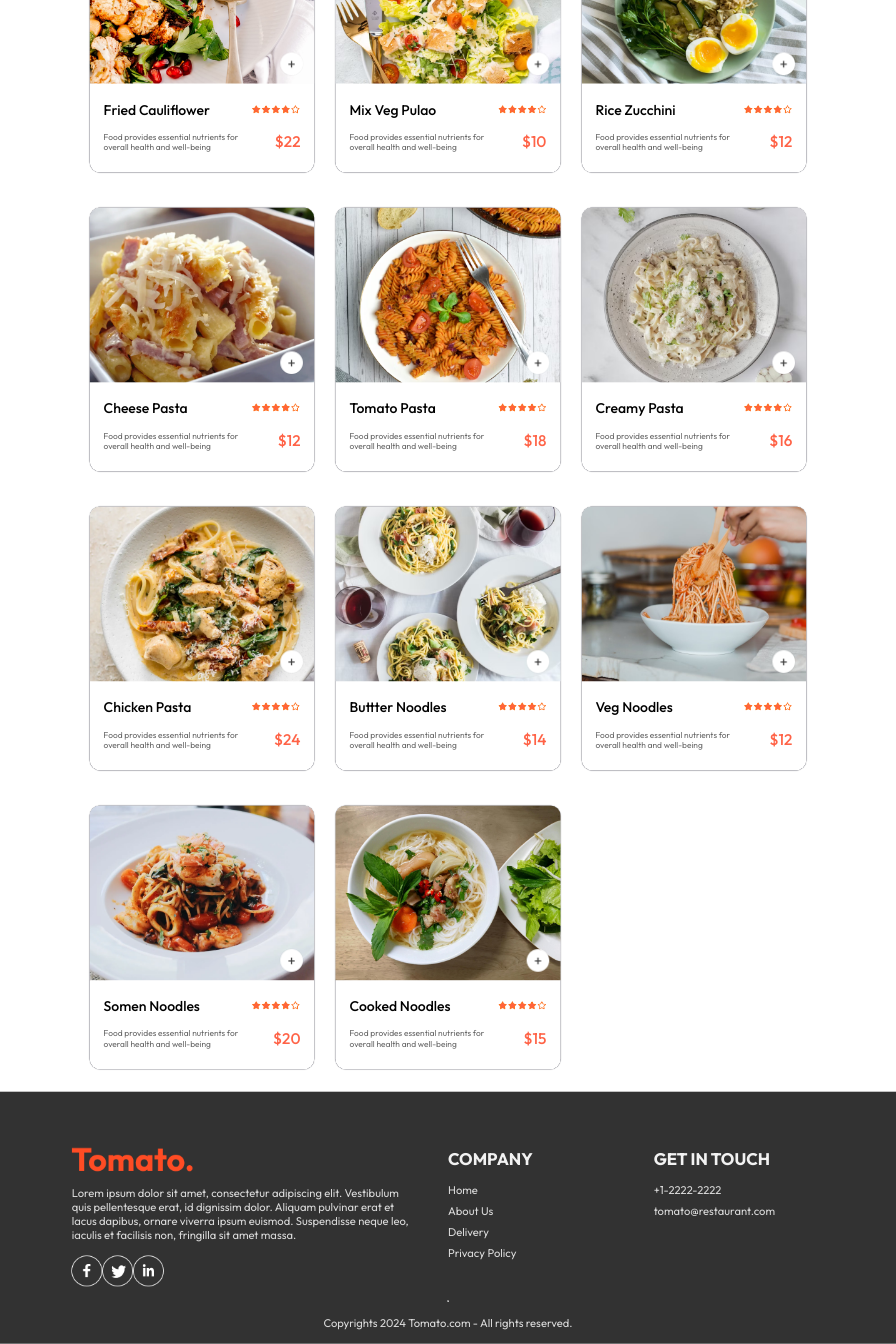
Repository: guilhermecardoso93/tomato-front-end
Page: /
An editor plug-in stored every save of this project. The page is shown before and after the next save, followed by the edit.
The browser window is 1280 px wide. The pictures show the part of the page from y = 4111 to 6031 px (the page is 6031 px tall), at 70% of full size.
The project was rebuilt for these pictures with package versions that can differ from the ones it lists, and the page was loaded fresh each time. Also part of the build but not shown: vite.config.js, src/pages/Cart/styles.css, src/pages/Cart/index.jsx, src/pages/PlaceOrder/styles.css, src/pages/PlaceOrder/index.jsx.

Above is the page before, as saved 2024-10-31 19:00:10.

### index.html
<!doctype html>
<html lang="en">

<head>
    <meta charset="UTF-8" />
    <link rel="icon" type="image/svg+xml" href="" />
    <link rel="preconnect" href="https://fonts.googleapis.com">
    <link rel="preconnect" href="https://fonts.gstatic.com" crossorigin>
    <link href="https://fonts.googleapis.com/css2?family=Inter:ital,opsz,wght@0,14..32,100..900;1,14..32,100..900&family=Outfit:wght@100..900&display=swap" rel="stylesheet">
    <meta name="viewport" content="width=device-width, initial-scale=1.0" />
    <title>Tomato</title>
</head>

<body>
    <div id="root"></div>
    <script type="module" src="/src/main.jsx"></script>
</body>

</html>

### src/main.jsx
import { StrictMode } from "react";
import { createRoot } from "react-dom/client";
import "./index.css";
import { App } from "./App.jsx";
import { BrowserRouter } from "react-router-dom";
import StoreContextProvider from "./context/StoreContext.jsx";

createRoot(document.getElementById("root")).render(
  <BrowserRouter>
    <StoreContextProvider>
      <App />
    </StoreContextProvider>
  </BrowserRouter>
);

### src/index.css
* {
  padding: 0;
  margin: 0;
  box-sizing: border-box;
}

body {
  min-height: 100vh;
  font-family: "Outfit", sans-serif;
}

a {
  text-decoration: none;
  color: inherit;
}

.app {
  width: 80%;
  margin: auto;
  margin-bottom: 2rem;
}

@keyframes fadeIn {
  0% {
    opacity: 0;
  }

  100% {
    opacity: 1;
  }
}

### src/App.jsx
import { Routes, Route } from "react-router-dom";
import { Navbar } from "./components/Navbar";

import { Home } from "./pages/Home";
import { Cart } from "./pages/Cart";
import { PlaceOrder } from "./pages/PlaceOrder";
import { Footer } from "./components/Footer";

export function App() {
  return (
    <>
      <div className="app">
        <Navbar />
        <Routes>
          <Route path="/" element={<Home />} />
          <Route path="/cart" element={<Cart />} />
          <Route path="/order" element={<PlaceOrder />} />
        </Routes>
      </div>
      <Footer />
    </>
  );
}

### src/context/StoreContext.jsx
import { createContext, useEffect, useState } from "react";
import { food_list } from "../assets/assets";

export const StoreContext = createContext(null);

const StoreContextProvider = (props) => {
  const [cartItems, setCartItems] = useState({});

  const addCart = (itemId) => {
    if (!cartItems[itemId]) {
      setCartItems((prev) => ({ ...prev, [itemId]: 1 }));
    } else {
      setCartItems((prev) => ({ ...prev, [itemId]: prev[itemId] + 1 }));
    }
  };

  const removeFromCart = (itemId) => {
    setCartItems((prev) => ({ ...prev, [itemId]: prev[itemId] - 1 }));
  };

  const contextValue = {
    food_list,
    cartItems,
    setCartItems,
    addCart,
    removeFromCart,
  };

  useEffect(() => {
    console.log(cartItems);
  }, [cartItems]);

  return (
    <StoreContext.Provider value={contextValue}>
      {props.children}
    </StoreContext.Provider>
  );
};

export default StoreContextProvider;

### src/components/Navbar/index.jsx
import { useState } from "react";
import { assets } from "../../assets/assets";
import "./styles.css";

export const Navbar = () => {
  const [menu, setMenu] = useState("Home");

  return (
    <div className="navbar">
      <img src={assets.logo} alt="Logo" className="logo" />
      <ul className="navbar-menu">
        <li
          onClick={() => setMenu("Home")}
          className={menu === "Home" ? "active" : ""}
        >
          Home
        </li>
        <li
          onClick={() => setMenu("Menu")}
          className={menu === "Menu" ? "active" : ""}
        >
          Menu
        </li>
        <li
          onClick={() => setMenu("MobileApp")}
          className={menu === "MobileApp" ? "active" : ""}
        >
          MobileApp
        </li>
        <li
          onClick={() => setMenu("Contact Us")}
          className={menu === "Contact Us" ? "active" : ""}
        >
          Contact Us
        </li>
      </ul>
      <div className="navbar-right">
        <img src={assets.search_icon} alt="" />
        <div className="navbar-search-icon">
          <img src={assets.basket_icon} alt="" />
          <div className="dot"></div>
        </div>
        <button>sign in</button>
      </div>
    </div>
  );
};

### src/pages/Home/index.jsx
import { useState } from "react";
import { ExplorerMenu } from "../../components/ExplorerMenu";
import { Header } from "../../components/Header";
import "./styles.css";
import { FoodDisplay } from "../../components/FoodDisplay/Index";

export const Home = () => {
  const [category, setCategory] = useState("All");

  return (
    <div>
      <Header />
      <ExplorerMenu category={category} setCategory={setCategory} />
      <FoodDisplay category={category} />
    </div>
  );
};

### src/components/Footer/index.jsx
import { assets } from "../../assets/assets";
import "./styles.css";

export const Footer = () => {
  return (
    <footer id="footer">
      <div className="footer-container">
        <div className="footer-left">
          <img src={assets.logo} alt="" />
          <p>
            Lorem ipsum dolor sit amet, consectetur adipiscing elit. Vestibulum
            quis pellentesque erat, id dignissim dolor. Aliquam pulvinar erat et
            lacus dapibus, ornare viverra ipsum euismod. Suspendisse neque leo,
            iaculis et facilisis non, fringilla sit amet massa.
          </p>
          <div className="footer-social-icons">
            <img src={assets.facebook_icon} alt="" />
            <img src={assets.twitter_icon} alt="" />
            <img src={assets.linkedin_icon} alt="" />
          </div>
        </div>
        <div className="footer-center">
          <h2>COMPANY</h2>
          <ul>
            <li>Home</li>
            <li>About Us</li>
            <li>Delivery</li>
            <li>Privacy Policy</li>
          </ul>
        </div>
        <div className="footer-right">
          <h2>GET IN TOUCH</h2>
          <ul>
            <li>+1-2222-2222</li>
            <li>tomato@restaurant.com</li>
          </ul>
        </div>
      </div>
      <hr />
      <p className="footer-copy-rights">
        Copyrights 2024 Tomato.com - All rights reserved.
      </p>
    </footer>
  );
};

### src/components/Navbar/styles.css
.navbar {
  padding: 20px 0;
  display: flex;
  justify-content: space-between;
  align-items: center;
}

.navbar .logo {
  width: 150px;
}

.navbar-menu {
  display: flex;
  list-style: none;
  gap: 10px;
  color: #49557c;
  font-size: 18px;
}

.navbar li {
  cursor: pointer
}

.navbar-right {
  display: flex;
  align-items: center;
  gap: 40px;
}

.navbar button {
  background: transparent;
  font-size: 16px;
  color: #49557c;
  border: 1px solid tomato;
  padding: 10px 30px;
  border-radius: 50px;
  cursor: pointer;
  transition: 0.3s;
}

.navbar button:hover {
  background: #fff4f2;
}

.navbar .active {
  padding-bottom: 2px;
  border-bottom: 2px solid #49557c;
}

.navbar-search-icon {
  position: relative;
}

.navbar-search-icon .dot {
  position: absolute;
  min-height: 10px;
  min-width: 10px;
  background-color: tomato;
  border-radius:  5px;
  top: -8px;
  right: -8px;
}

### src/components/ExplorerMenu/index.jsx
import { menu_list } from "../../assets/assets";

import "./styles.css";

export const ExplorerMenu = ({ category, setCategory }) => {
  return (
    <div className="explorer-menu" id="explore-menu">
      <h1>Explore our menu</h1>
      <p className="explore-menu-text">
        Choose from a diverse menu featuring a delectable arrays os dishes
        crafted with the finest ingredients and culinary expertise. Our mission
        is to satisfy your cravings and elevate your dining experience, one
        delicious meal at a time.
      </p>
      <div className="explore-menu-list">
        {menu_list.map((item, index) => {
          return (
            <div
              className="explore-menu-list-item"
              key={index}
              onClick={() =>
                setCategory((prev) =>
                  prev === item.menu_name ? "All" : item.menu_name
                )
              }
            >
              <img
                src={item.menu_image}
                alt=""
                className={category === item.menu_name ? "active" : ""}
              />
              <p className={category === item.menu_name ? "active-text" : ""}>
                {item.menu_name}
              </p>
            </div>
          );
        })}
      </div>
      <hr />
    </div>
  );
};

### src/components/Header/index.jsx
import "./styles.css";

export const Header = () => {
  return (
    <div className="header">
      <div className="header-container">
        <h2>Oder your favorite food here</h2>
        <p>
          Choose from a diverse menu featuring a delectable arrays os dishes
          crafted with the finest ingredients and culinary expertise. Our
          mission is to satisfy your cravings and elevate your dining
          experience, one delicious meal at a time.
        </p>
        <button> View Menu</button>
      </div>
    </div>
  );
};

### src/components/FoodDisplay/Index.jsx
import { useContext } from "react";
import { StoreContext } from "../../context/StoreContext";
import { FoodItem } from "../FoodItem";

import "./styles.css";

export const FoodDisplay = ({ category }) => {
  const { food_list } = useContext(StoreContext);

  return (
    <div className="food-display" id="food-display">
      <h2>Top Dishes near you</h2>
      <div className="food-display-list">
        {food_list.map((item, index) => {
          if (category === "All" || category === item.category) {
            return (
              <FoodItem
                key={index}
                id={item._id}
                name={item.name}
                description={item.description}
                price={item.price}
                image={item.image}
              />
            );
          }
        })}
      </div>
    </div>
  );
};

### src/components/Footer/styles.css
footer {
  color: #d9d9d9;
  background-color: #323232;
  display: flex;
  align-items: center;
  flex-direction: column;
  gap: 20px;
  padding: 20px 8vw;
  padding-top: 80px;
}

.footer-container {
  width: 100%;
  display: grid;
  grid-template-columns: 2fr 1fr 1fr;
  gap: 50px;
}

.footer-left, .footer-right, .footer-center {
  display: flex;
  flex-direction: column;
  align-items: start;
  gap: 20px;
}

footer li {
  list-style: none;
  margin-bottom: 10px;
}

footer h2 {
  color: #f2f2f2;
}

.footer-social-icons {
  display: flex;
  width: 40px;
  margin-right: 15px;
}

### src/components/ExplorerMenu/styles.css
.explorer-menu {
  display: flex;
  flex-direction: column;
  gap: 1rem;
}

.explorer-menu h1 {
  color: #262626;
  font-size: 500;
}

.explore-menu-text {
  max-width: 60%;
  color: #808080;
}

.explore-menu-list {
  display: flex;
  justify-content: space-between;
  align-items: center;
  gap: 30px;
  text-align: center;
  margin: 20px 0px;
  overflow-x: scroll;
}

.explore-menu-list::-webkit-scrollbar {
  display: none;
}

.explore-menu-list img {
  width: 7.5vw;
  min-width: 80px;
  cursor: pointer;
  border-radius: 50%;
  transition: 0.2s;
}

.explore-menu-list p {
  margin-top: 10px;
  color: #747474;
  font-size: max(1.4vw, 16px);
  cursor: pointer;
}

.explore-menu hr {
  margin: 10px 0px;
  height: 2px;
  background: #e2e2e2;
  border: none;
}

.explore-menu-list .active {
  border: 4px solid tomato;
  padding: 2px;
}

.explore-menu-list .active-text {
  color: tomato;
}

### src/components/Header/styles.css
.header {
  height: 34vw;
  margin: 30px auto;
  background: url('../../assets/header_img.png') no-repeat;
  background-size: contain;
  position: relative;
}



.header-container {
  position: absolute;
  display: flex;
  flex-direction: column;
  align-items: start;
  padding: 20px;
  gap: 1.5vw;
  max-width: 52%;
  bottom: 10%;
  animation: fadeIn 3s;
}


.header-container h2 {
  font-weight: 500;
  color: #f2f2f2f2;
  font-size: max(4.5vw, 22px);
}


.header-container p {
  color: #f2f2f2f2;
  font-size: 1vw;
}


.header-container button {
  border: none;
  color: #747474;
  font-weight: 700;
  padding: 1vw 2.3vw;
  background: white;
  font-size: max(1vw, 13px);
  border-radius: 50px;
}

### src/components/FoodItem/index.jsx
import { useContext } from "react";
import { assets } from "../../assets/assets";
import "./styles.css";
import { StoreContext } from "../../context/StoreContext";

export const FoodItem = ({ id, name, price, description, image }) => {
  const { removeFromCart, addCart, cartItems } = useContext(StoreContext);

  return (
    <div className="food-item" id={id}>
      <div className="food-item-image-container">
        <img src={image} alt={name} className="food-item-image" />
        {!cartItems[id] ? (
          <img
            src={assets.add_icon_white}
            alt="Adicionar ao carrinho"
            className="add"
            onClick={() => addCart(id)}
          />
        ) : (
          <div className="food-item-counter">
            <img
              src={assets.remove_icon_red}
              alt="Remover do carrinho"
              onClick={() => removeFromCart(id)}
            />
            <p>{cartItems[id]}</p>
            <img
              src={assets.add_icon_green}
              alt="Adicionar ao carrinho"
              onClick={() => addCart(id)}
            />
          </div>
        )}
      </div>
      <div className="food-item-info">
        <div className="food-item-name-rating">
          <p>{name}</p>
          <img src={assets.rating_starts} alt="Rating" />
        </div>
        <div className="food-item-prices">
          <p className="food-item-description">{description}</p>
          <p className="food-item-price">${price}</p>
        </div>
      </div>
    </div>
  );
};

### src/components/FoodDisplay/styles.css
.food-display {
  margin-top: 30px;
}

.food-display h2 {
  font-size: max(2vw, 24px);
  font-weight: 600;
}


.food-display-list {
  display: grid;
  grid-template-columns: repeat(auto-fill, minmax(240px, 1fr));
  margin-top: 30px;
  gap: 30px;
  row-gap: 50px;
}

### src/components/FoodItem/styles.css
.food-item {
  width: 100%;
  margin: auto;
  border-radius: 15px;
  box-shadow: 0px 0px 1px #000015;
  transition: 0.3s;
  animation: fadeIn 1s;
}

.food-item-image {
  width: 100%;
  border-radius: 15px 15px 0px 0px;
}

.food-item-image-container {
  position: relative;
}

.food-item-image-container .add {
  position: absolute;
  width: 35px;
  bottom: 15px;
  right: 15px;
  cursor: pointer;
  border-radius: 50%;
}

.food-item-counter {
  position: absolute;
  bottom: 15px;
  right: 15px;
  display: flex;
  align-items: center;
  gap: 10px;
  border-radius: 50px;
  background-color: #f2f2f2;
  padding: 3px;
  font-weight: 700;
}

.food-item-counter img {
  width: 30px;
}

.food-item-info {
  padding: 20px;
}

.food-item-name-rating {
  display: flex;
  justify-content: space-between;
  align-items: center;
  margin-bottom: 10px;
}

.food-item-name-rating p {
  font-size: 20px;
  font-weight: 500;
}

.food-item-name-rating img {
  width: 70px;
}

.food-item-prices {
  display: flex;
  justify-content: space-between;
  align-items: center;
  gap: 10px;
}

.food-item-description {
  color: #676767;
  font-size: 12px;
  width: 75%;
}

.food-item-price {
  color: tomato;
  font-size: 22px;
  font-weight: 500;
  margin: 10px 0;
}

Loaded but not shown: src/assets/assets.js (350 lines, source omitted); src/pages/Home/styles.css (no stored copy; drawn as an empty file)

After the next save:
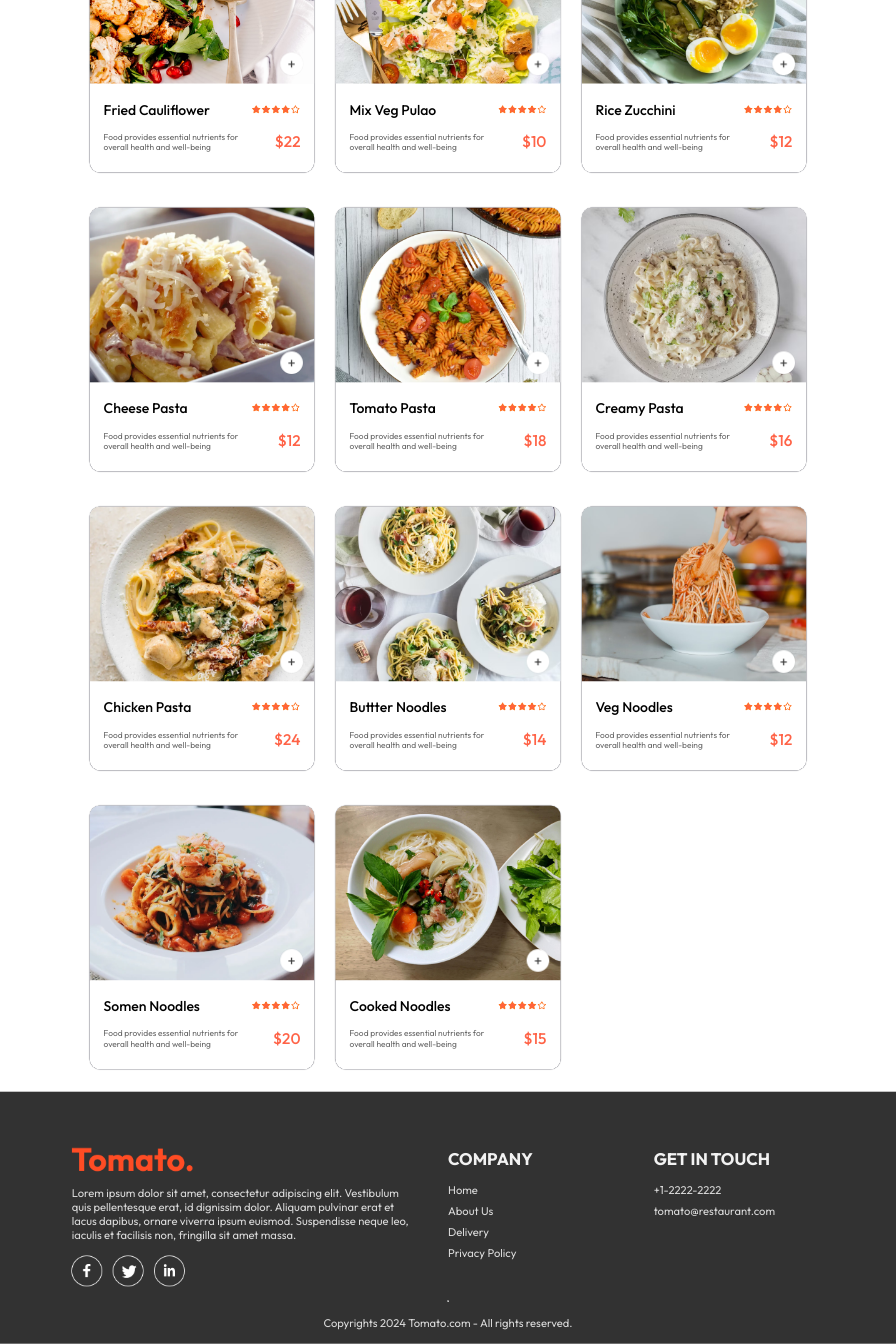
Saved 9 s later.
--- a/src/components/Footer/styles.css
+++ b/src/components/Footer/styles.css
@@ -33,7 +33,7 @@ footer h2 {
 }
 
 .footer-social-icons {
-  display: flex;
+  display: flex;gap: 15px;
   width: 40px;
   margin-right: 15px;
 }
